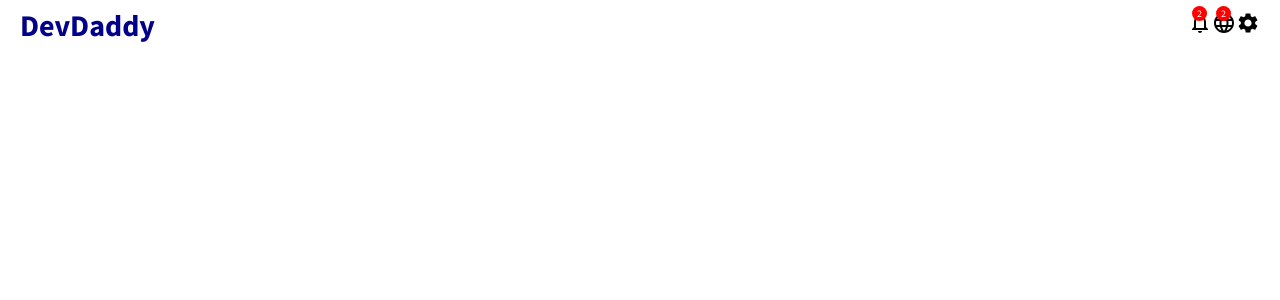
Repository: Marhamat92/react-admin-dashboard
Page: /
The author's editor kept a copy of each file at every save. The page is drawn from the files as they stood at one save, then again after the next save.
The browser window is 1280 px wide. The pictures show the whole page.
The project was rebuilt for these pictures with package versions that can differ from the ones it lists, and the page was loaded fresh each time.

Above is the page before, as saved 2023-02-07 17:12:17.

After the next save:
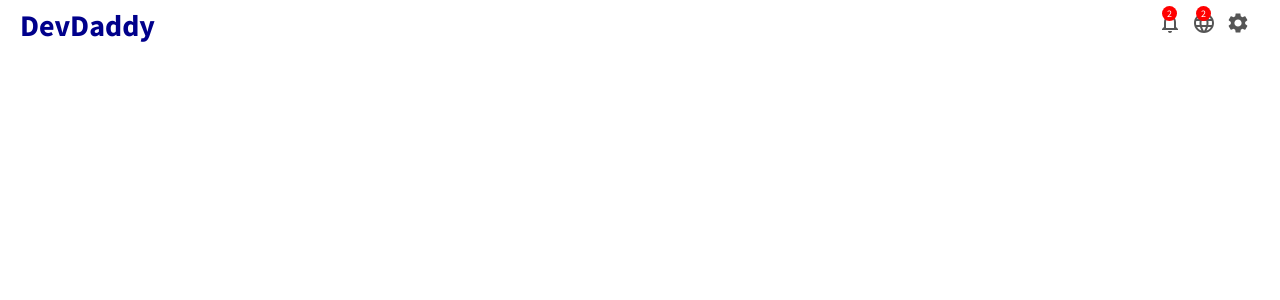
Saved 51 s later.
--- a/src/components/Topbar/topbar.scss
+++ b/src/components/Topbar/topbar.scss
@@ -27,6 +27,8 @@
 .topbarIconContainer{
   position:relative;
   cursor: pointer;
+  margin-right:10px;
+  color:#555;
 }
 
 .topIconBadge{
